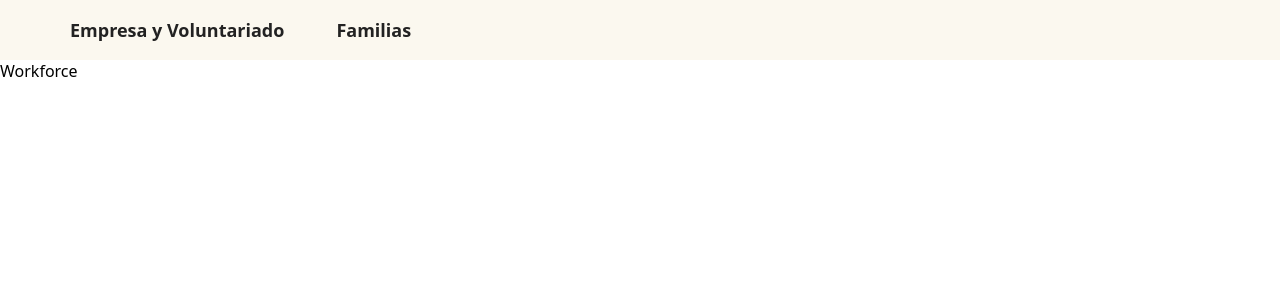
Repository: Synergy-club/reconstruction
Page: /
These files come from the project's save history. The page is drawn as it stood at one moment and after the next save; the edit follows.
The browser window is 1280 px wide. The pictures show the whole page.
The project was rebuilt for these pictures with package versions that can differ from the ones it lists, and the page was loaded fresh each time. Also part of the build but not shown: vite.config.js, src/views/Families/Families.jsx.

Above is the page before, as saved 2024-12-10 01:30:06.

### index.html
<!DOCTYPE html>
<html lang="en">
  <head>
    <meta charset="UTF-8" />
    <link rel="icon" type="image/svg+xml" href="/vite.svg" />
    <meta name="viewport" content="width=device-width, initial-scale=1.0 user-scalable=no" />
    <meta name="description" content="Agrupación de profesionales de primer nivel de los sectores de la logística, arquitectura y construcción unidos para gestionar y coordinar los esfuerzos de reconstrucción tras las inundaciones. Garantizando la trazabilidad y transparencia de las donaciones.
      La emisión de certificados inmediatos de donaciones así como los reconocimientos al voluntariado se harán bajo el paraguas de Fundación Synergy Club internacional, una plataforma abierta que suma acciones de asociaciones y fundaciones. Siempre y todas ellas sin ninguna vinculación política y sin ánimo de lucro.
      Esta iniciativa está abierta a todos los profesionales, voluntarios y héroes vecinales que necesitan o pueden aportar recursos eficientes y de calidad para la reconstrucción.
      Nos apoyamos y promovemos las agrupaciones improvisadas de vecinos de las zonas afectadas por la catástrofe que han reaccionado y son un referente de ayuda inmediata y conocimiento real de las situaciones de sus vecinos."
    />
    <meta name="author" content="Synergy Clubs International" />
    <title>Reconstrucción Valencia</title>
  </head>
  <body>
    <div id="root"></div>
    <script type="module" src="/src/main.jsx"></script>
  </body>
</html>

### src/main.jsx
import { StrictMode } from 'react'
import { createRoot } from 'react-dom/client'
import { BrowserRouter } from 'react-router-dom'
import './assets/global-style/style.css'
import App from './App.jsx'
import { ReducerProvider } from './contexts/ReducerContext.jsx'
import { ReferenceProvider } from './contexts/ReferenceContext.jsx'

createRoot(document.getElementById('root')).render(
  <StrictMode>
    <BrowserRouter>
      <ReducerProvider>
        <ReferenceProvider>
          <App />
        </ReferenceProvider>
      </ReducerProvider>
    </BrowserRouter>
  </StrictMode>
)

### src/assets/global-style/style.css
:root {
  /* BACKGROUND COLOR */
  --sci-bg-dark: #222222;
  --sci-bg-white: #ffffff;
  --sci-primary-blue: #78b3ce;
  --sci-light-blue: #c9e6f0;
  --sci-light-cream: #fbf8ef;
  --sci-accent-orange: #f96e2a;

  /*FONT*/
  --sci-font-main: sans-serif;

  /*COLOR TEXT*/
  --sci-text-dark: #222222;
  --sci-text-white: #ffffff;
  --sci-text-orange: #f96e2a;

  /*SPACING AND ROUNDED*/
  --sci-spacing-xs: 8px;
  --sci-spacing-s: 12px;
  --sci-spacing-m: 16px;
  --sci-spacing-l: 24px;
  --sci-spacing-xl: 48px;

  /*FONT SIZE*/
  --sci-font-size-xs: 12px;
  --sci-font-size-s: 16px;
  --sci-font-size-m: 18px;
  --sci-font-size-l: 22px;
  --sci-font-size-xl: 28px;
}
* {
  margin: 0;
  padding: 0;
  box-sizing: border-box;
  font-family: system-ui, -apple-system, BlinkMacSystemFont, 'Segoe UI', Roboto,
    Oxygen, Ubuntu, Cantarell, 'Open Sans', 'Helvetica Neue', sans-serif;
}

html {
  scroll-behavior: smooth;
}
h1,
h2,
h3,
h4,
h5 {
  font-size: var(--sci-font-size-xl);
}
p,
button,
li {
  font-size: var(--sci-font-size-m);
}

ul {
  list-style-type: disc;
  padding-left: 20px;
}
a {
  text-decoration: none;
}
button {
  cursor: pointer;
  background: none;
  padding: var(--sci-spacing-xs) var(--sci-spacing-s);
  border: none;
  color:var(--sci-text-dark);
  transition: all 0.2s ease-in;
  display: flex;
  justify-content: center;
  align-items: center;
  gap: 8px;
  font-weight: 600;
}

button:hover {
  transform: scale(0.98);
  color:var(--sci-text-orange);

}

@keyframes fadeInUp {
  0% {
    opacity: 0;
    transform: translateY(20px);
  }
  100% {
    opacity: 1;
    transform: translateY(0);
  }
}

.fadeIn {
  opacity: 1;
  animation: fadeInUp 0.5s ease-in;
}

@keyframes show {
  from {
    opacity: 0;
    scale: 50%;
  }
  to {
    opacity: 1;
    scale: 100%;
  }
}

@media (max-width: 850px) {
  h1,
  h2,
  h3,
  h4,
  h5 {
    font-size: var(--sci-font-size-xl);
  }

  button,
  li,
  p {
    font-size: var(--sci-font-size-s);
    line-height: 20px;
  }
}

@media (max-width: 400px) {
  h1,
  h2,
  h3,
  h4,
  h5 {
    font-size: var(--sci-font-size-xl);
  }
  li,
  button,
  a {
    font-size: var(--sci-font-size-s);
  }
  p {
    font-size: 14px;
  }
}

### src/App.jsx
import { Route, Routes } from 'react-router-dom'
import Layout from './layout/Layout'
import Workforce  from './views/Workforce/Workforce '
import Families from './views/Families/Families'
import NotFound from './views/404/NotFound'

const App = () => {
  return (
    <Routes>
      <Route path='/' element={<Layout />}>
        <Route index element={<Workforce  />} />
        <Route path='familias' element={<Families />} />
        {/*ERROR LINK*/}
        <Route path='*' element={<NotFound />} />
        <Route />
      </Route>
    </Routes>
  )
}

export default App

### src/contexts/ReducerContext.jsx
import { createContext } from 'react'

export const ReducerContext = createContext()
export const ReducerProvider = ({children}) => {
  return (
    <ReducerContext.Provider value={{}}>{ children }</ReducerContext.Provider>
  )
}

### src/contexts/ReferenceContext.jsx
import { createContext } from 'react'

export const ReferenceContext = createContext()

export const ReferenceProvider = ({ children }) => {
  return <ReferenceContext.Provider value={{}}>{children}</ReferenceContext.Provider>
}

### src/layout/Layout.jsx

import { Fragment } from 'react'
import { Outlet } from 'react-router-dom'
import Header from '../components/Header/Header'

const Layout = () => {
  return (
    <Fragment>
    <header><Header /></header>
    <div>
      <Outlet />

    </div>
    </Fragment>
  )
}

export default Layout

### src/views/Workforce/Workforce .jsx
const Workforce = () => {
  return <div>Workforce </div>
}

export default Workforce

### src/views/404/NotFound.jsx
import React, { useEffect } from 'react'
import { useNavigate } from 'react-router-dom'

const NotFound = () => {
  const navigate = useNavigate()
  useEffect(() => {
    const timeout = setTimeout(() => {
      navigate('../')
    }, 300)
    return () => clearTimeout(timeout)
  }, [navigate])
}

export default NotFound

### src/components/Header/Header.jsx
import { NavLink } from 'react-router-dom'
import './Header.css'

const Header = () => {
  return (
    <nav className='nav__container'>
      <button className='nav__content-link'>
        <NavLink to='/' />
        Empresa y Voluntariado
      </button>
      <button className='nav__content-link'>
        <NavLink to='familias' />
        Familias
      </button>
    </nav>
  )
}

export default Header

### src/components/Header/Header.css
.nav__container{
  width:100%;
  padding: 10px 50px;
  background-color: var(--sci-light-cream);
  display: flex;
  justify-content: start;
  align-items: center;
  gap:20px;
}

After the next save:
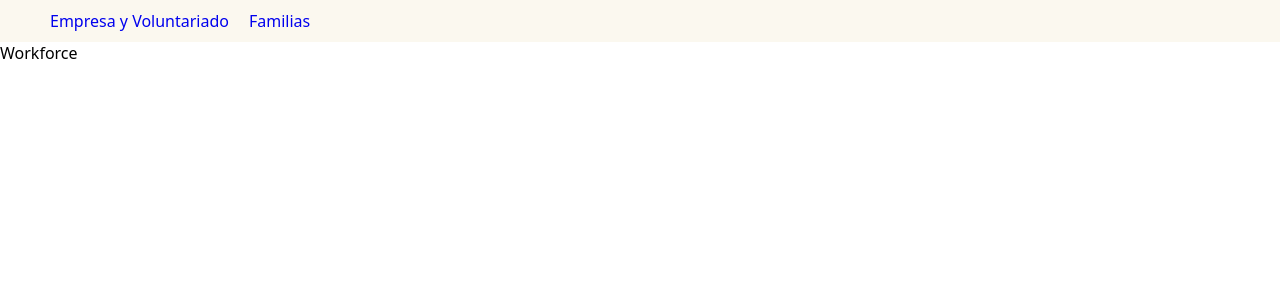
Saved 40 s later.
--- a/src/components/Header/Header.jsx
+++ b/src/components/Header/Header.jsx
@@ -1,19 +1,27 @@
-import { NavLink } from 'react-router-dom'
-import './Header.css'
+import { NavLink } from 'react-router-dom';
+import './Header.css';
 
 const Header = () => {
   return (
     <nav className='nav__container'>
-      <button className='nav__content-link'>
-        <NavLink to='/' />
+      <NavLink
+        to='/'
+        className={({ isActive }) =>
+          isActive ? 'nav__content-link active' : 'nav__content-link'
+        }
+      >
         Empresa y Voluntariado
-      </button>
-      <button className='nav__content-link'>
-        <NavLink to='familias' />
+      </NavLink>
+      <NavLink
+        to='/familias'
+        className={({ isActive }) =>
+          isActive ? 'nav__content-link active' : 'nav__content-link'
+        }
+      >
         Familias
-      </button>
+      </NavLink>
     </nav>
-  )
+  );
 }
 
-export default Header
+export default Header;
